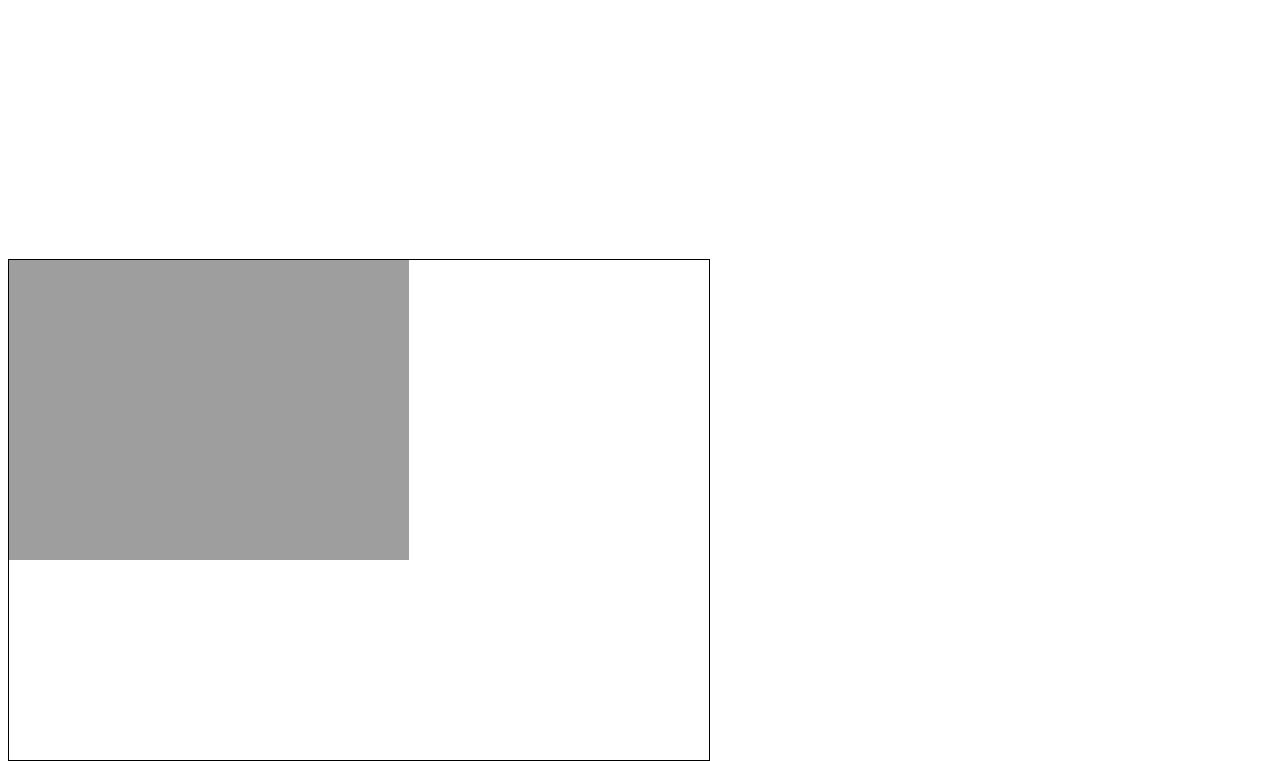
Repository: Tranduchieu2002/FlappyBird
Page: Flappy.html
These files come from the project's save history. The page is drawn as it stood at one moment and after the next save; the edit follows.
The browser window is 1280 px wide. The pictures show the whole page.

Above is the page before, as saved 2021-09-14 14:48:19.

### Flappy.html
<!DOCTYPE html>
<html lang="en">
<head>
   <meta charset="UTF-8">
   <meta http-equiv="X-UA-Compatible" content="IE=edge">
   <meta name="viewport" content="width=device-width, initial-scale=1.0">
   <title>Document</title>
   <style>
      canvas  {
         border: 1px solid;
         transform: translateY(50%)
      }
   </style>
</head>
<body>
   <canvas id="canvas" width="700px" height="500px">

   </canvas>
   <script src="index.js"></script>
</body>
</html>

### index.js
const cvs = document.querySelector("canvas");
const ctx = cvs.getContext("2d");
var bird = new Image();
var bg = new Image();
let fg = new Image();
let pipeSouth = new Image();
let pipeNorth = new Image();
console.log(pipeNorth, pipeSouth);
pipeNorth.src =
  "https://raw.githubusercontent.com/CodeExplainedRepo/FlappyBird-JavaScript/master/images/pipeNorth.png";
pipeSouth.src =
  "https://raw.githubusercontent.com/CodeExplainedRepo/FlappyBird-JavaScript/master/images/pipeSouth.png";
bird.src =
  "https://e7.pngegg.com/pngimages/328/754/png-clipart-flappy-bird-blue-minecraft-bird-flappy-bird-bird.png";
bg.src =
  "https://user-images.githubusercontent.com/18351809/46888871-624a3900-ce7f-11e8-808e-99fd90c8a3f4.png";
pipeSouth.src = pipeNorth.src;
(function draw() {
  const fh = 50;
  const hC = cvs.height;
  let Bx = 50;
  let By = 50;
  let hPassForCg = 7 * fh;
  ctx.drawImage(pipeNorth,100,pipeNorth.length)
  ctx.drawImage(bg, 0, 0);
  ctx.drawImage(bird, 0, 0, 50, 50);
  requestAnimationFrame(draw);
})();

After the next save:
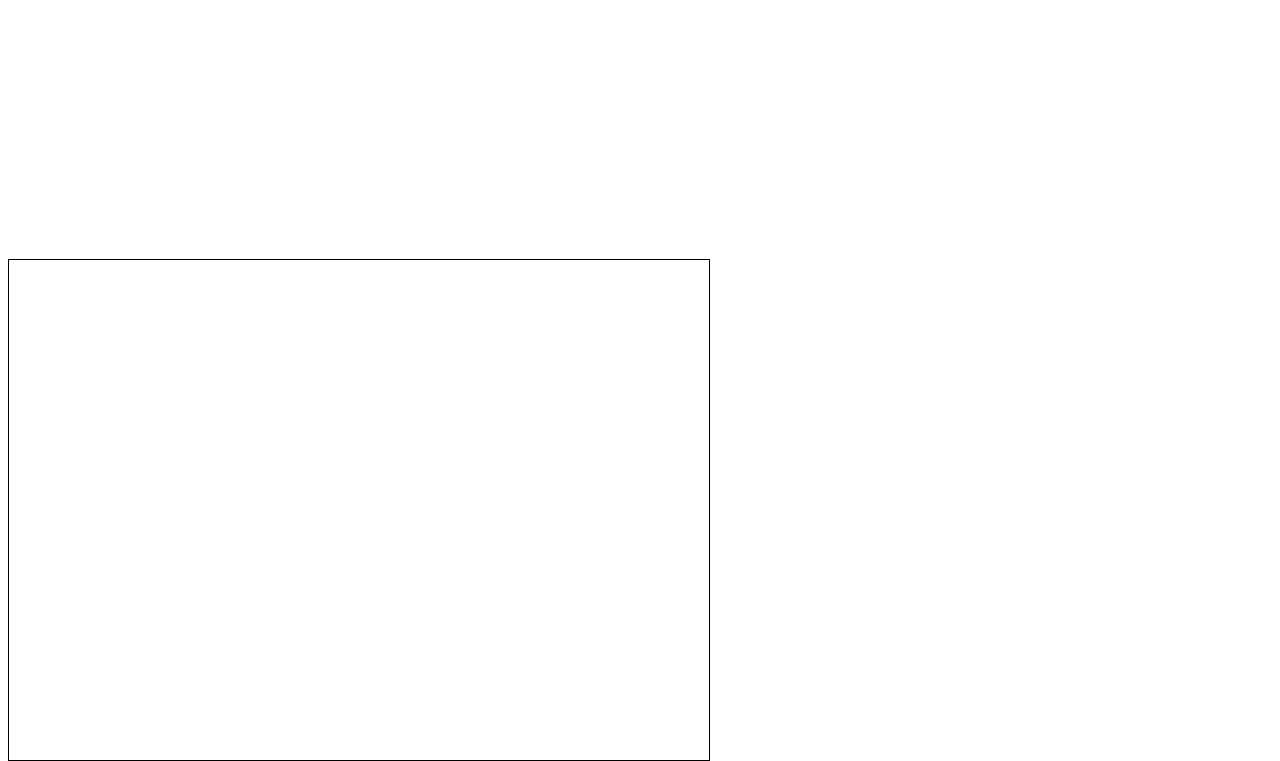
Console error: TypeError: Cannot read properties of undefined (reading 'length')
Saved 18 s later.
--- a/index.js
+++ b/index.js
@@ -5,7 +5,7 @@
 let fg = new Image();
 let pipeSouth = new Image();
 let pipeNorth = new Image();
-console.log(pipeNorth, pipeSouth);
+console.log(pipeNorth, pipeSouth).length;
 pipeNorth.src =
   "https://raw.githubusercontent.com/CodeExplainedRepo/FlappyBird-JavaScript/master/images/pipeNorth.png";
 pipeSouth.src =
@@ -14,7 +14,6 @@
   "https://e7.pngegg.com/pngimages/328/754/png-clipart-flappy-bird-blue-minecraft-bird-flappy-bird-bird.png";
 bg.src =
   "https://user-images.githubusercontent.com/18351809/46888871-624a3900-ce7f-11e8-808e-99fd90c8a3f4.png";
-pipeSouth.src = pipeNorth.src;
 (function draw() {
   const fh = 50;
   const hC = cvs.height;

After the 2 saves that followed:
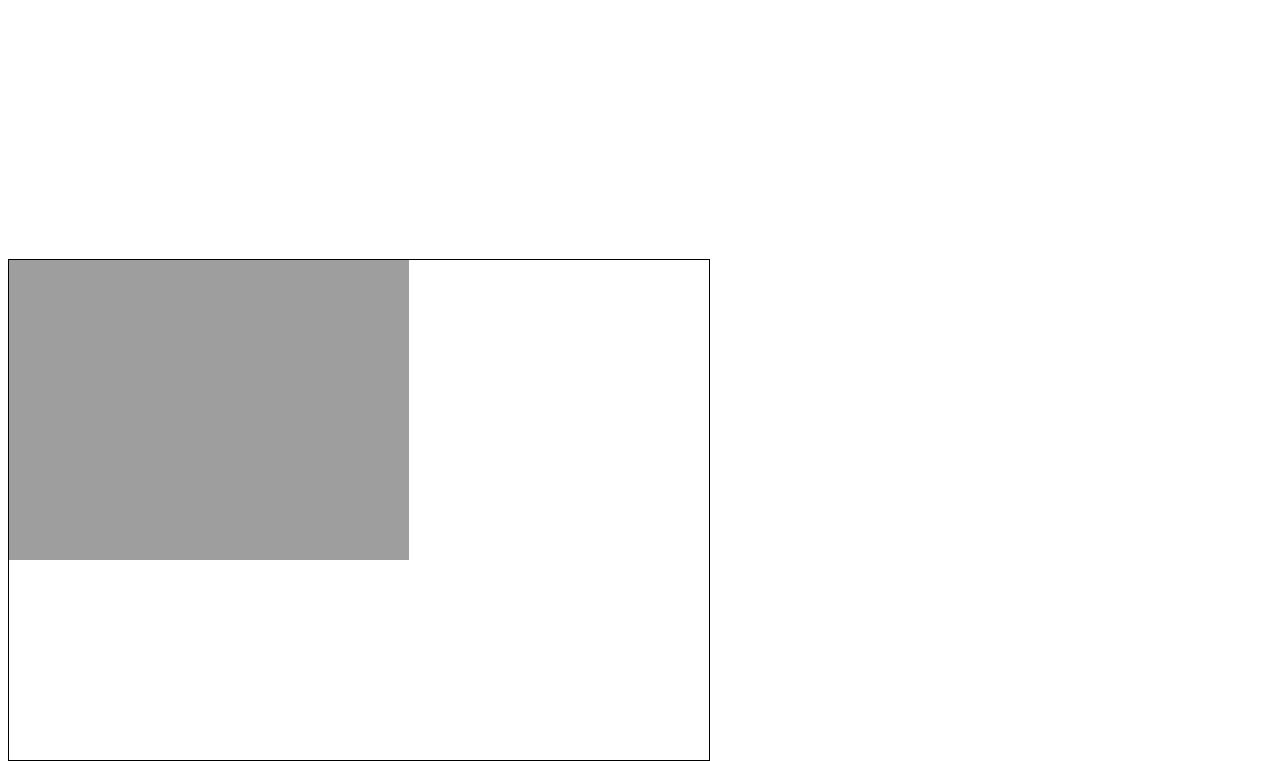
The error is gone.
The 2 saves are shown as one change because 1 left the picture as it was.
The last was saved 24 s later.
--- a/index.js
+++ b/index.js
@@ -5,7 +5,7 @@
 let fg = new Image();
 let pipeSouth = new Image();
 let pipeNorth = new Image();
-console.log(pipeNorth, pipeSouth).length;
+console.log(pipeNorth.length, pipeSouth.length);
 pipeNorth.src =
   "https://raw.githubusercontent.com/CodeExplainedRepo/FlappyBird-JavaScript/master/images/pipeNorth.png";
 pipeSouth.src =
